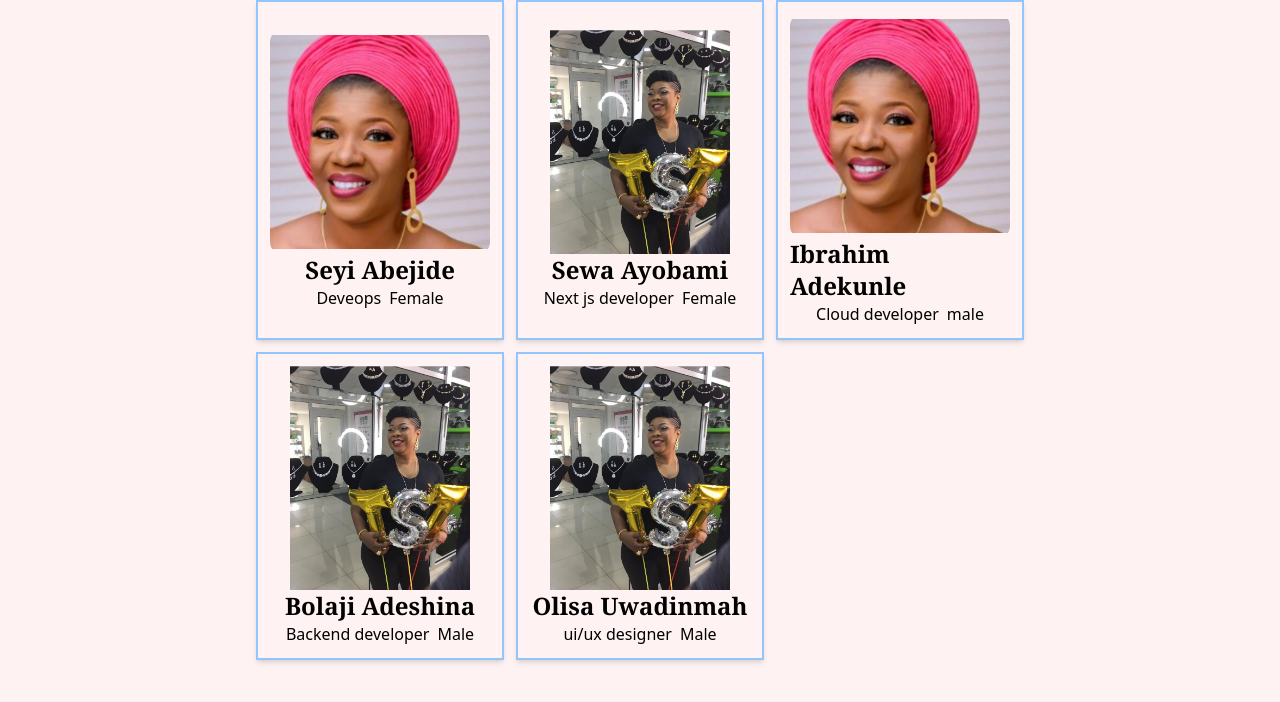
Repository: Semanmernstack/Bincom
Page: /
The author's editor kept a copy of each file at every save. The page is drawn from the files as they stood at one save, then again after the next save.
The browser window is 1280 px wide. The pictures show the whole page.
The project was rebuilt for these pictures with package versions that can differ from the ones it lists, and the page was loaded fresh each time. The framework's server and built-in components were replaced by stand-ins that run in the browser. Also part of the build but not shown: next.config.mjs.

Above is the page before, as saved 2024-01-25 05:36:35.

### app/layout.tsx
import type { Metadata } from "next";
import { Inter } from "next/font/google";
import "./globals.css";

const inter = Inter({ subsets: ["latin"] });

export const metadata: Metadata = {
  title: "Create Next App",
  description: "Generated by create next app",
};

export default function RootLayout({
  children,
}: Readonly<{
  children: React.ReactNode;
}>) {
  return (
    <html lang="en">
      <body className=" min-h-screen bg-red-50">{children}</body>
    </html>
  );
}

### app/page.tsx
import slidefour from "../public/slidefour.png"


import slidethree from "../public/slidethree.png"
import SetUp from "./components/SetUp";


const data = [
  {
    id: "1",
    title: "Seyi Abejide",
    image:"slidefour.png",
    role: "Deveops",
    gender: "Female",

  },
  {
    id: "2",
    title: "Sewa Ayobami",
    image: "slidethree.png",
    role: "Next js developer",
    gender: "Female"

  },
  {
    id: "3",
    title: "Ibrahim Adekunle",
    image:"slidefour.png",
    role: "Cloud developer",
    gender: "male",

  },
  {
    id: "4",
    title: "Bolaji Adeshina",
    image: "slidethree.png",
    role: "Backend developer",
    gender: "Male",

  },
  {
    id: "5",
    title: "Olisa Uwadinmah",
    image: "slidethree.png",
    role: "ui/ux designer",
    gender: "Male",

  },


];



export default function Home() {
  return (
    <main className=" flex flex-col max-w-3xl mx-auto ">
      <div className="grid grid-cols-1 sm:grid-cols-2 md:grid-cols-3 gap-3">
          {data.map((p, index)=> (
              <div className=" border-2 border-blue-300 shadow-md items-center justify-center flex" key={index}>
                <SetUp
                  id={p.id}
                  title={p.title}
                  image={p.image}
                  role={p.role}
                  gender= {p.gender}
                />
              </div>

          ))}


      </div>



    </main>
  );
}

### app/components/SetUp.tsx
import React from 'react'
interface B {
    id: string
    title: string
    image: string
    role: string
    gender: string
}


function SetUp({id, title, image, role, gender}:B) {
  return (
    <div className=' p-3 '>
      <img src={image} alt="image" className='h-56 w-56 rounded-xl  object-contain' />
      <div className='flex flex-col items-center justify-between'>
        <h1 className='font-bold font-serif textt-xl md:text-2xl'>{title}</h1>
        <div className='flex items-center justify-between gap-2'>
          <h2>{role}</h2>
          <h2>{gender}</h2>
        </div>

        <div>

        </div>

      </div>

    </div>
  )
}

export default SetUp

Loaded but not shown: app/globals.css (common file); tailwind.config.ts (common file)

After the next save:
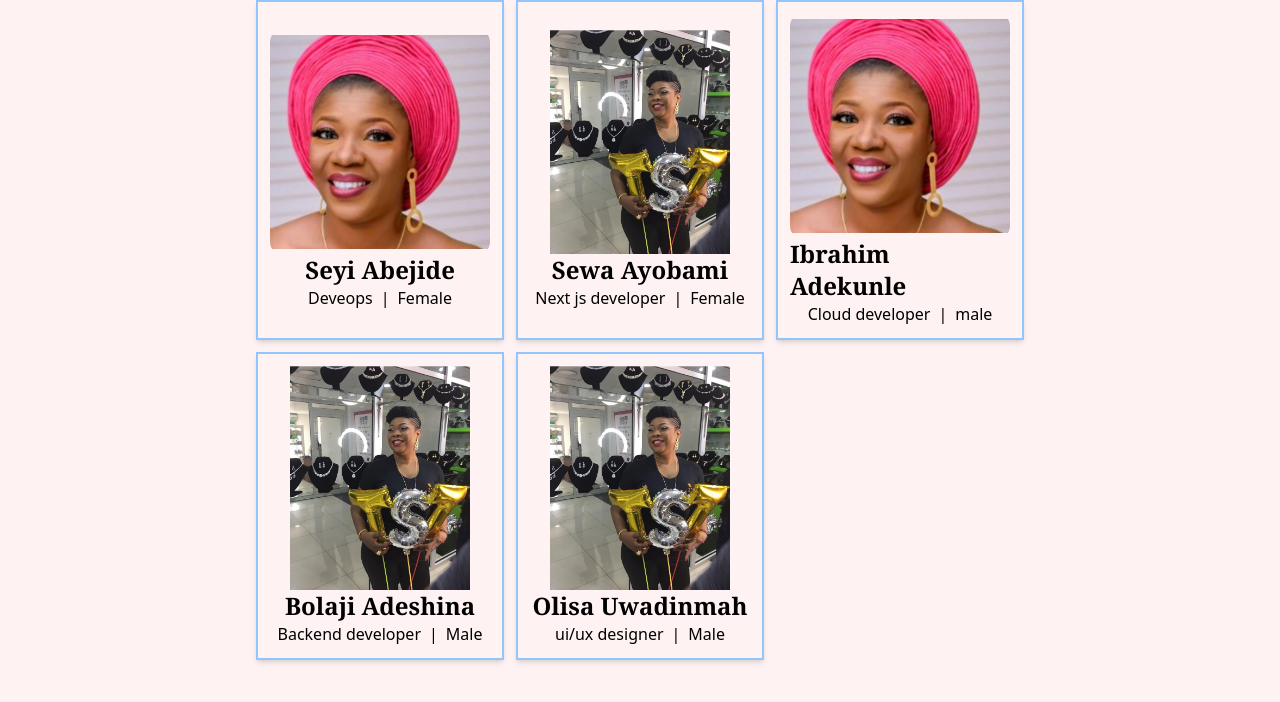
Saved 24 s later.
--- a/app/components/SetUp.tsx
+++ b/app/components/SetUp.tsx
@@ -16,6 +16,7 @@ function SetUp({id, title, image, role, gender}:B) {
         <h1 className='font-bold font-serif textt-xl md:text-2xl'>{title}</h1>
         <div className='flex items-center justify-between gap-2'>
           <h2>{role}</h2>
+          <h2>|</h2>
           <h2>{gender}</h2>
         </div>
 
